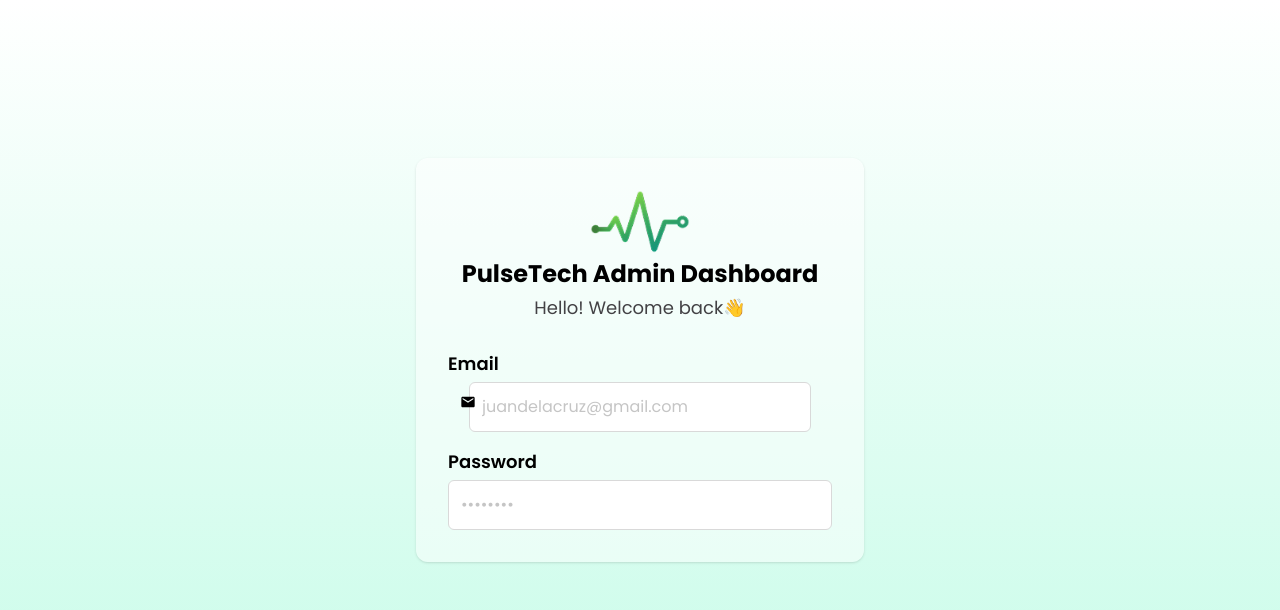
Repository: ShyrineJardin/pulse_admin
Page: /
The author's editor kept a copy of each file at every save. The page is drawn from the files as they stood at one save, then again after the next save.
The browser window is 1280 px wide. The pictures show the whole page.
The project was rebuilt for these pictures with package versions that can differ from the ones it lists, and the page was loaded fresh each time.

Above is the page before, as saved 2026-03-25 11:09:30.

After the next save:
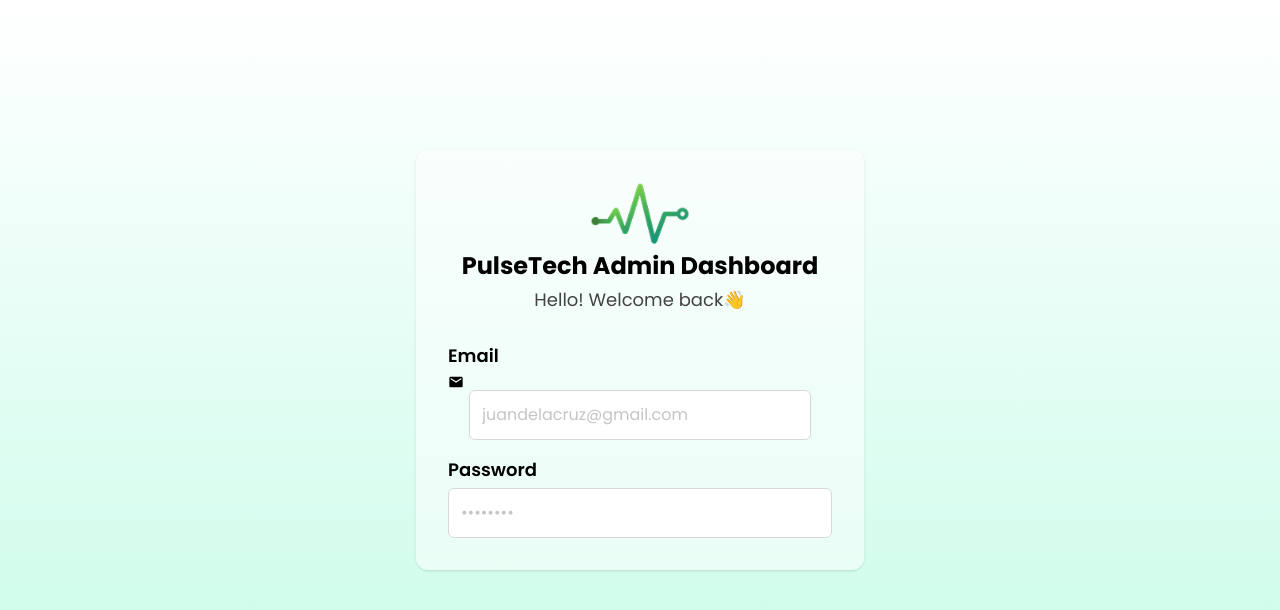
Saved 9 s later.
--- a/src/components/Login.jsx
+++ b/src/components/Login.jsx
@@ -15,7 +15,7 @@ const Login = () => {
                         <div className="flex flex-col gap-1">
                             <h3 className="text-left font-semibold text-lg">Email</h3>
                             <div className="">
-                                <MdEmail className="absolute mt-3 ml-3" />
+                                <MdEmail className="" />
                                 <input type="email" placeholder="juandelacruz@gmail.com" className="bg-#F6F6F6 p-3 placeholder:text-[#C5C5C5] border border-[#D9D9D9] rounded-md focus:outline-none focus:ring-2 focus:ring-primary" />
                             </div>
                         </div>
